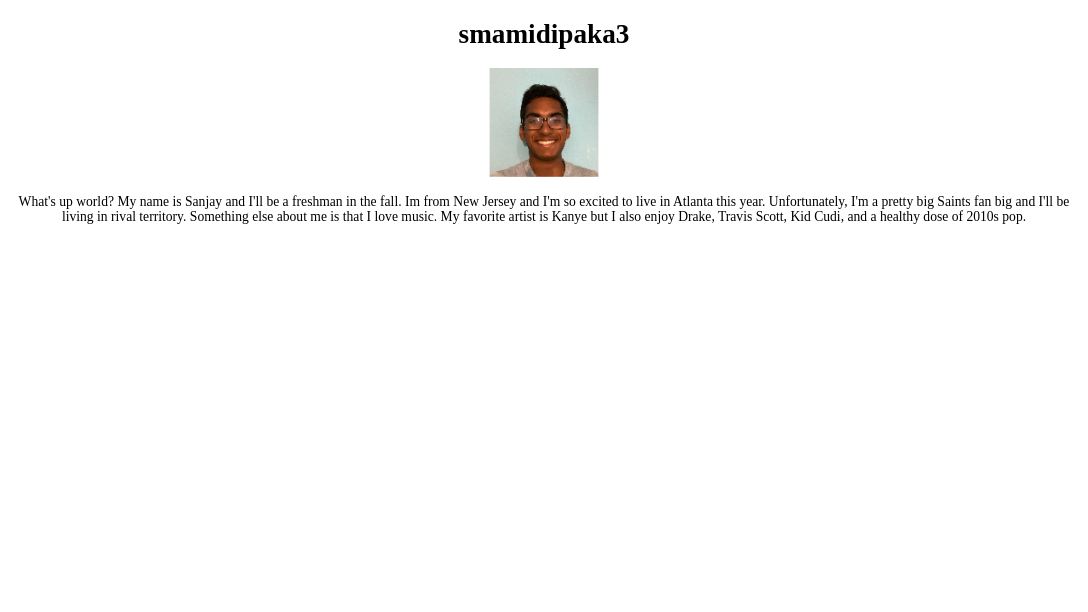
Repository: sanjayMamidipaka/cs1301
Page: lab01/index.html
An editor plug-in stored every save of this project. The page is shown before and after the next save, followed by the edit.
The browser window is 1280 px wide. The pictures show the whole page, at 85% of full size.

Above is the page before, as saved 2021-07-22 15:57:25.

### lab01/index.html
<!DOCTYPE html>

<head>
    <link rel="stylesheet" href="style.css">
  </head>

  <div class = "h1">
    <h1>smamidipaka3</h1>

    <img src="image.png" alt="My Picture">
    <p class = 'description'>
        What's up world? My name is Sanjay and I'll be a freshman in the fall. Im from New Jersey and I'm so excited to live in Atlanta this year.
        Unfortunately, I'm a pretty big Saints fan big and I'll be living in rival territory. Something else about me is that I love music. My favorite artist is Kanye but
        I also enjoy Drake, Travis Scott, Kid Cudi, and a healthy dose of 2010s pop.
    </p>
  </div>

### lab01/style.css
.h1 {
    text-align: center
}

.description {

}

After the next save:
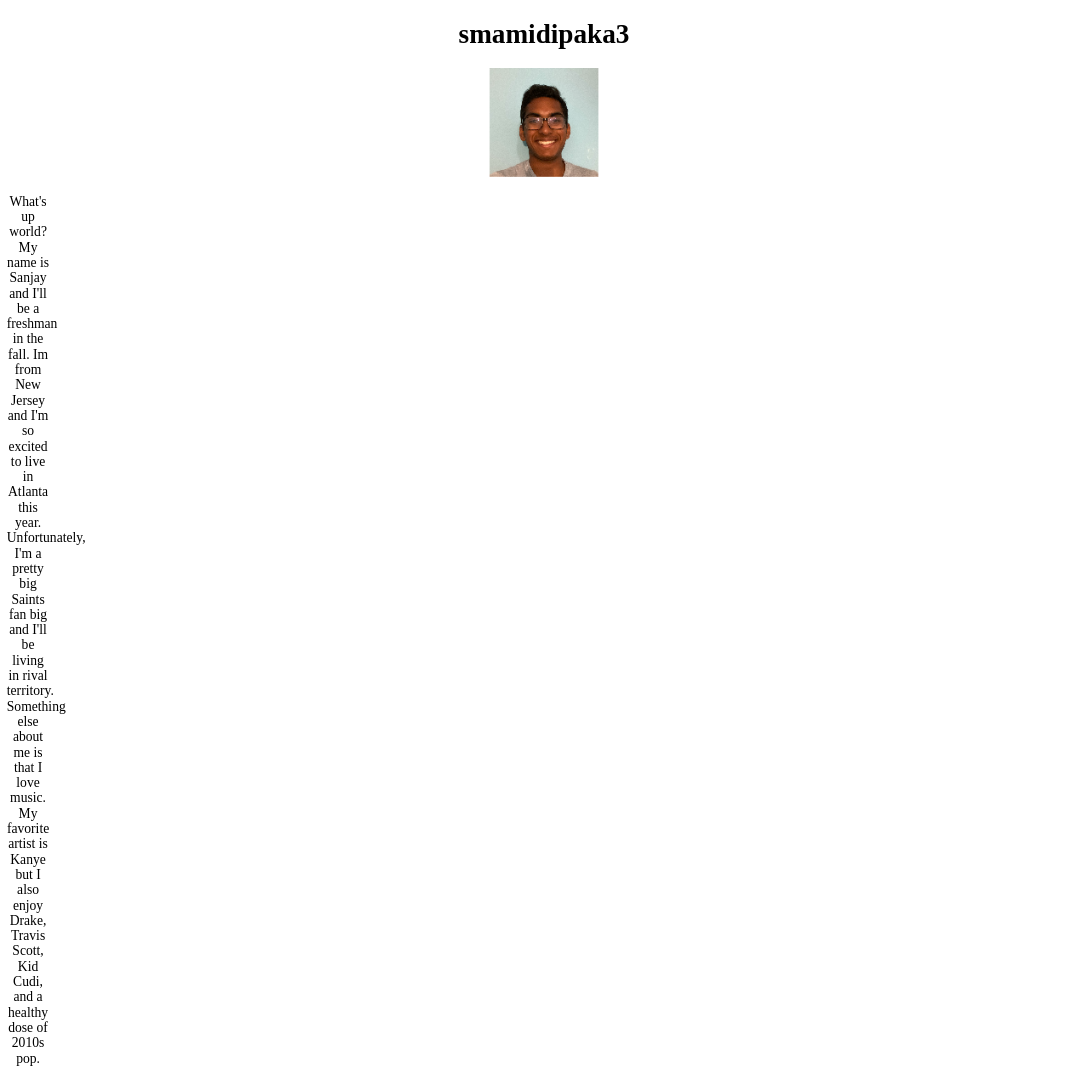
Saved 51 s later.
--- a/lab01/style.css
+++ b/lab01/style.css
@@ -3,5 +3,5 @@
 }
 
 .description {
-
+    width: 50px
 }
